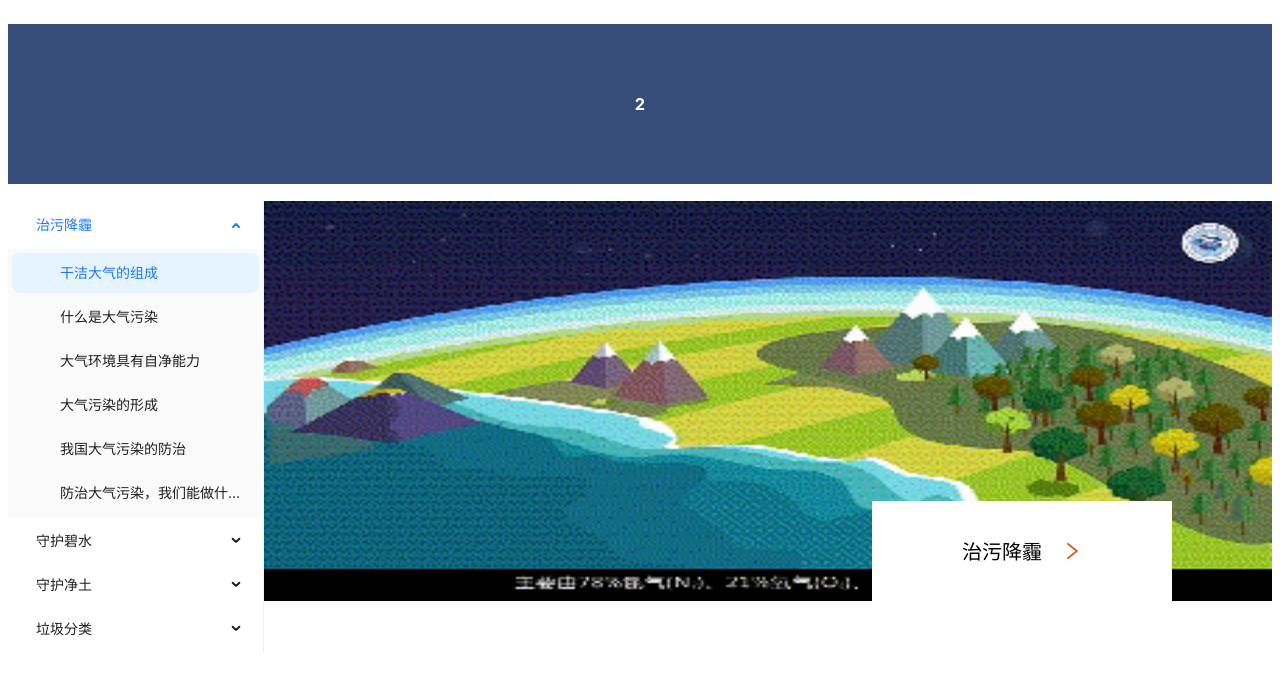
Repository: samllbin/summerWeb
Page: /
An editor plug-in stored every save of this project. The page is shown before and after the next save, followed by the edit.
The browser window is 1280 px wide. The pictures show the whole page.
The project was rebuilt for these pictures with package versions that can differ from the ones it lists, and the page was loaded fresh each time. Also part of the build but not shown: vite.config.js, components/menu/config.js, components/content/index.module.css, components/content/index.jsx.

Above is the page before, as saved 2024-07-22 15:56:44.

After the next save:
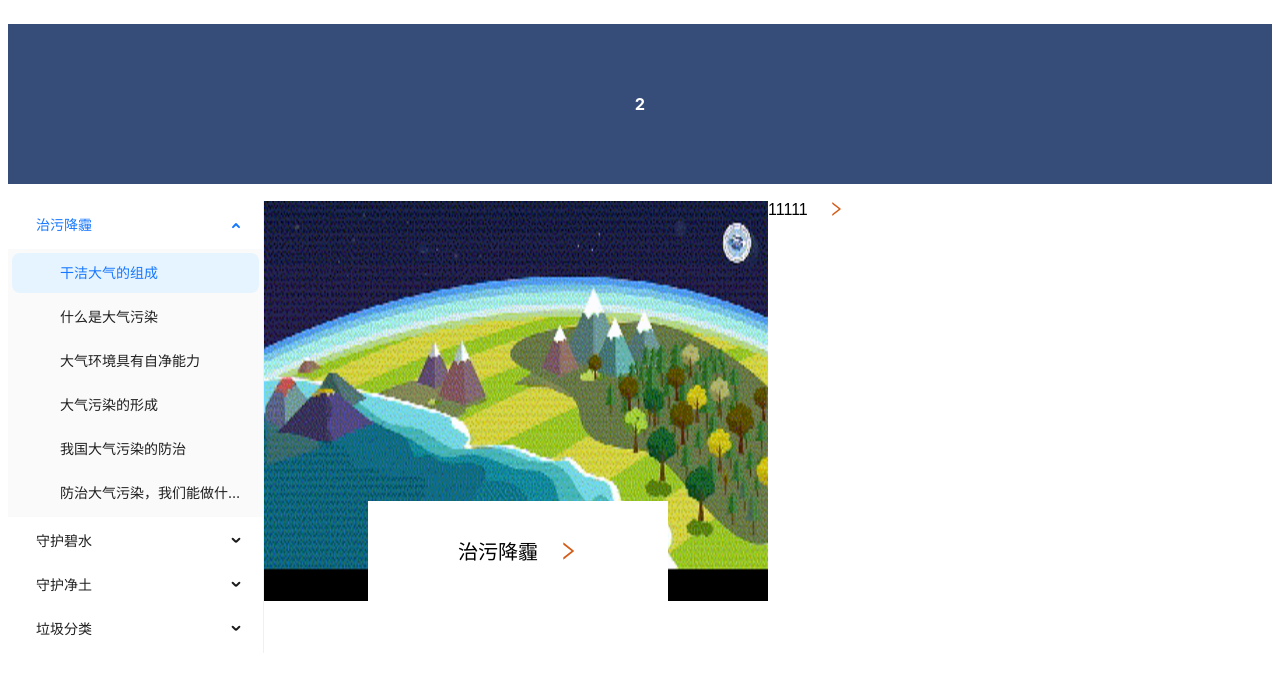
Saved 19 s later.
--- a/src/App.jsx
+++ b/src/App.jsx
@@ -14,6 +14,7 @@ export default function App() {
         <MenuTab setCurrent={setCurrent} current={current} />
         {/* <Content /> */}
         <Article type={"all"} />
+        <Article type={"right"} />
       </div>
     </div>
   );
